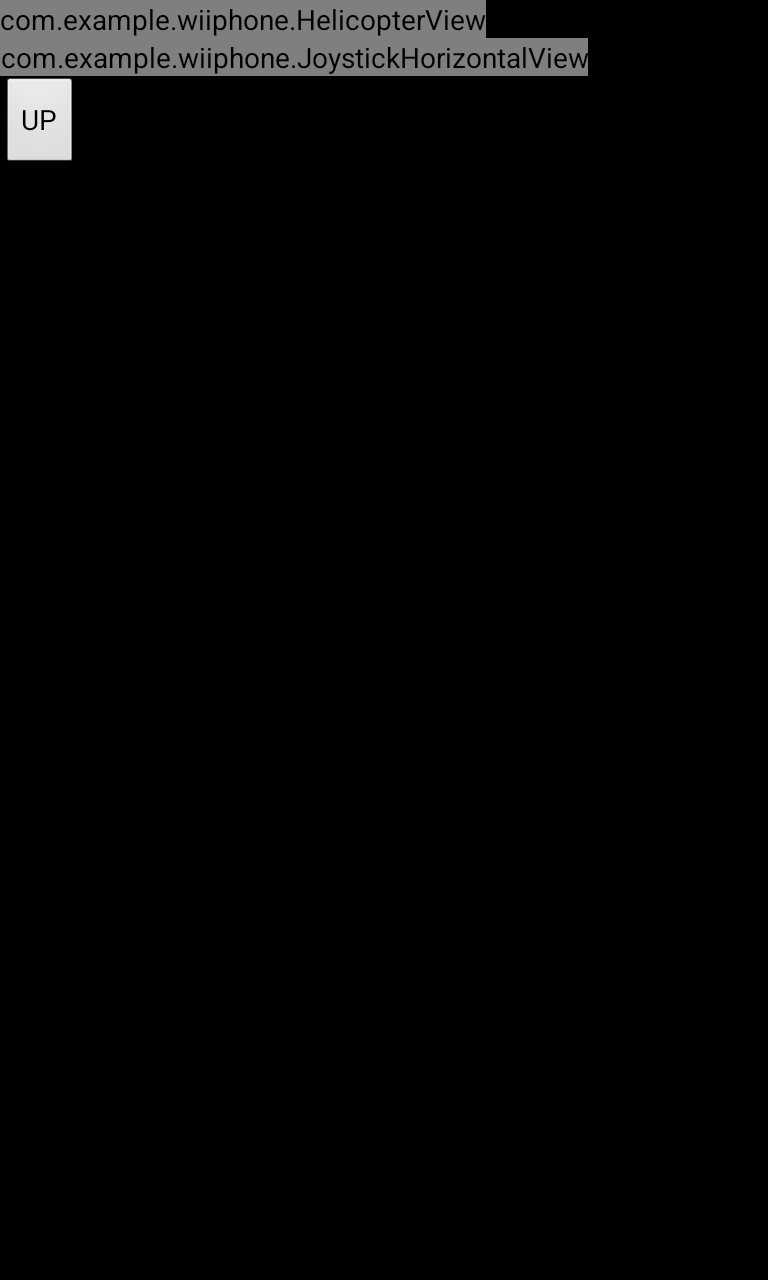
Repository: Malow/PhoneGame
Layout: Android/WiiPhone/res/layout/helicopter_main.xml
These files come from the project's save history. The layout is drawn as it stood at one moment and after the next save; the edit follows.
Pictures or frames that could not be fetched are drawn as grey boxes. It is drawn on a 768 x 1280 px phone screen (xhdpi) without system bars, with theme android:Theme.NoTitleBar.Fullscreen; the app's code is not run.

Above is the layout before, as saved 2013-04-22 14:21:07.

After the next save:
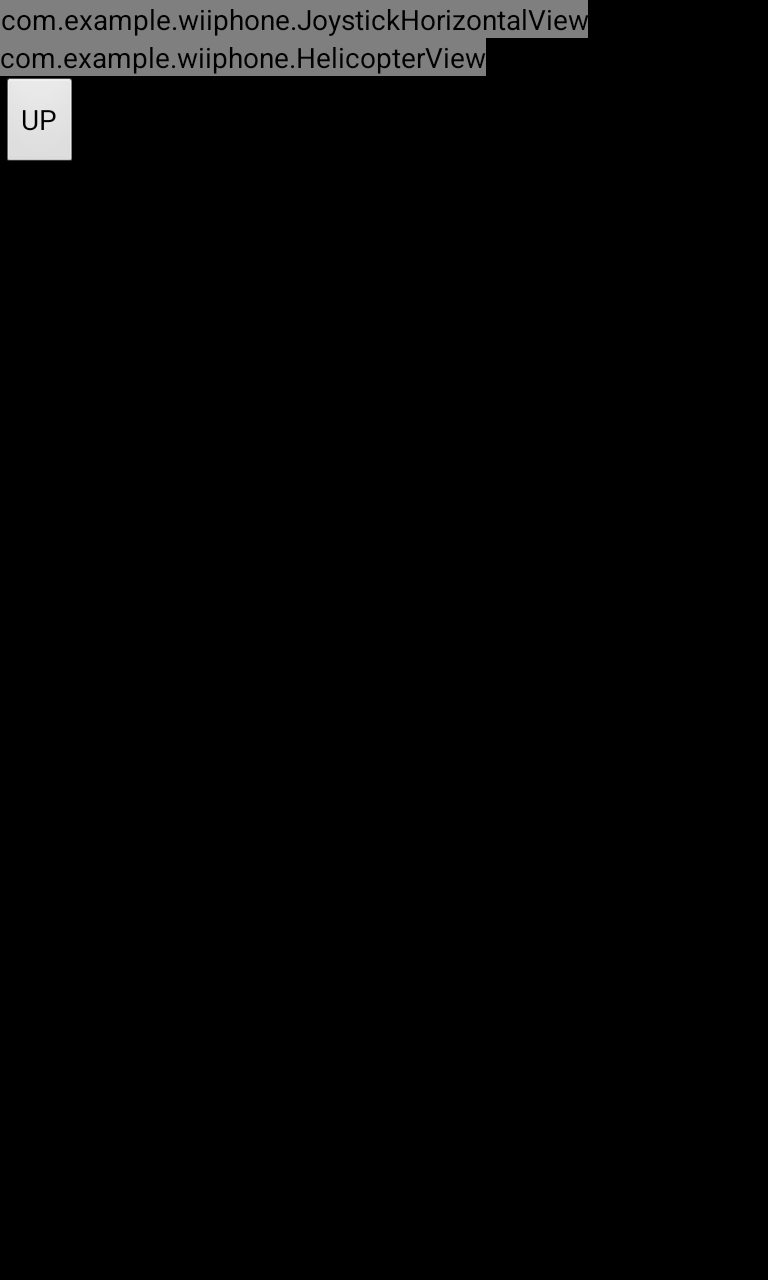
Saved 34 s later.
--- a/Android/WiiPhone/res/layout/helicopter_main.xml
+++ b/Android/WiiPhone/res/layout/helicopter_main.xml
@@ -4,16 +4,16 @@
     android:layout_height="fill_parent"
     android:orientation="vertical" >
 
+    <com.example.wiiphone.JoystickHorizontalView
+        android:id="@+id/joyview"
+        android:layout_width="wrap_content"
+        android:layout_height="wrap_content" />
+
         <com.example.wiiphone.HelicopterView
             android:id="@+id/helicopterview"
             android:layout_width="wrap_content"
             android:layout_height="wrap_content"
             android:layout_marginRight="64dp" />
-
-        <com.example.wiiphone.JoystickHorizontalView
-            android:id="@+id/joyview"
-            android:layout_width="wrap_content"
-            android:layout_height="wrap_content" />
 
         <Button
             android:id="@+id/button1"
